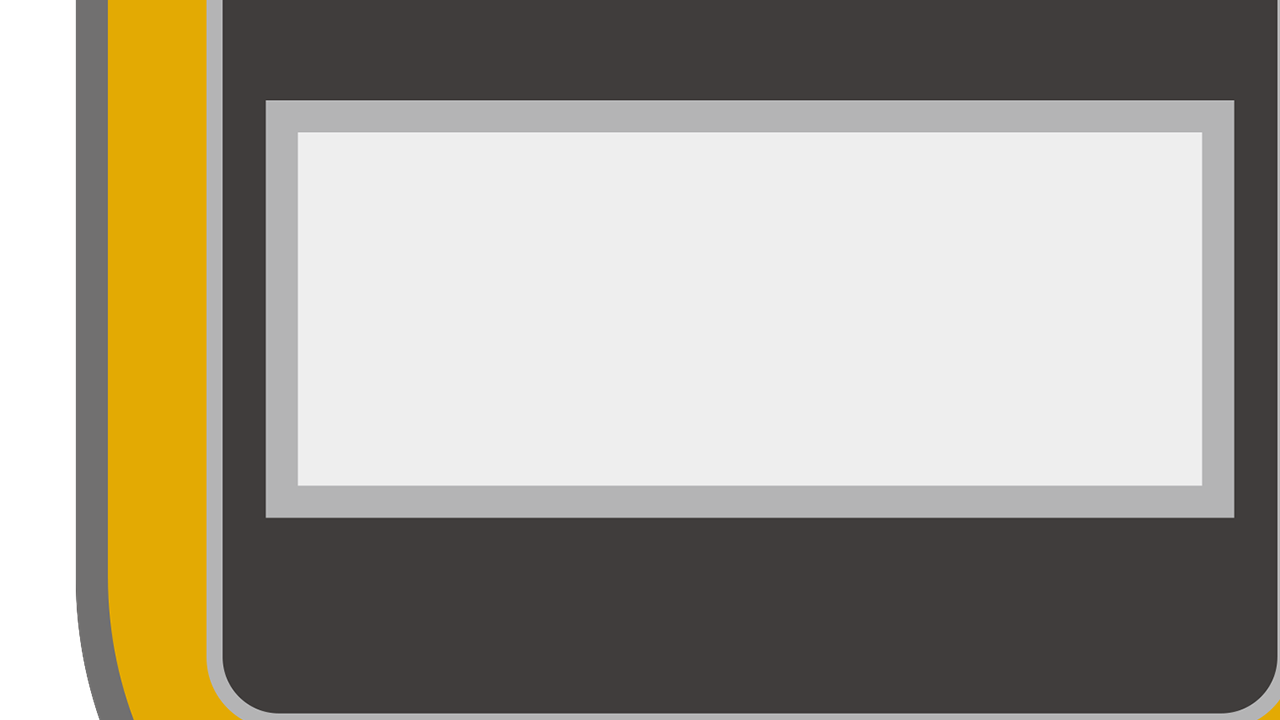
Repository: SoshiYamasaki/TypeScript_pre
Page: stopwatch/develop/index.html
An editor plug-in stored every save of this project. The page is shown before and after the next save, followed by the edit.
The browser window is 1280 px wide. The pictures show the whole page.

Above is the page before, as saved 2023-02-21 11:57:33.

After the next save:
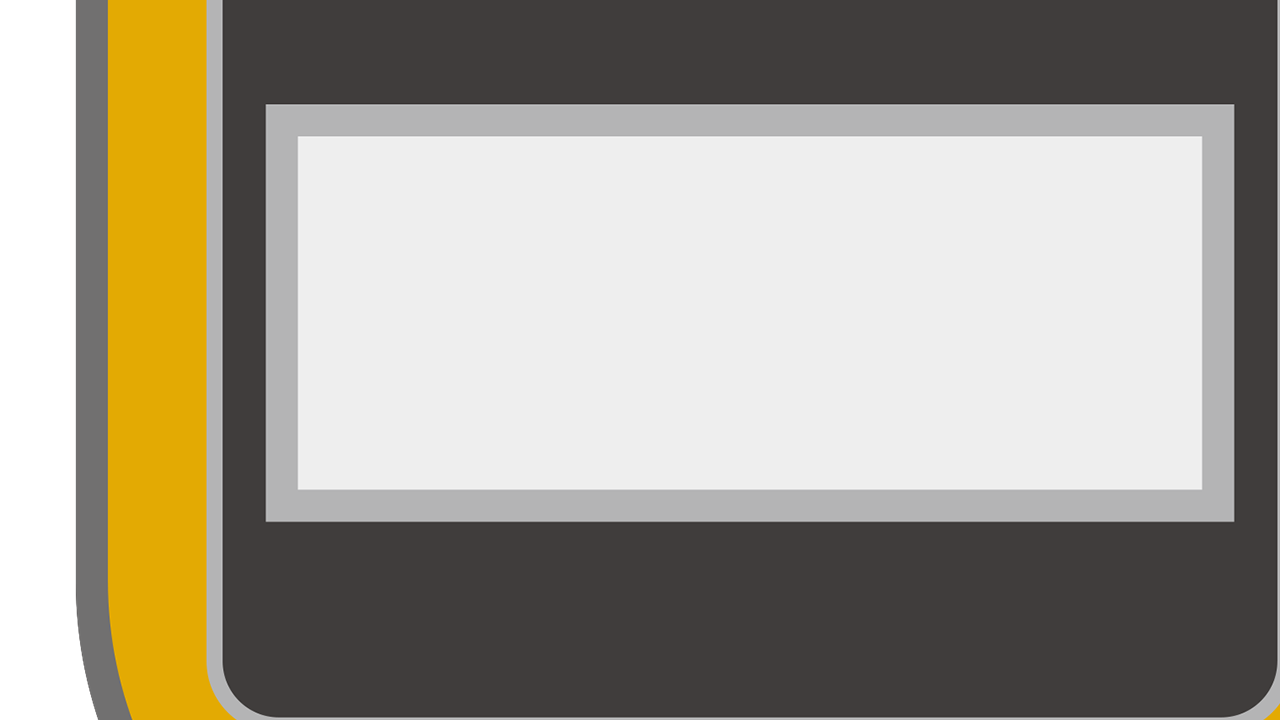
Saved 10 s later.
--- a/stopwatch/develop/index.css
+++ b/stopwatch/develop/index.css
@@ -1,8 +1,8 @@
 /* ストップウォッチ */
 #stopwatch {
     background-image: url(stopwatch.png);
-    width: 1492px;
-    height: 1500px;
+    width: 1500px;
+    height: 1492px;
     position: fixed;
     inset: 0;
     margin: auto;
